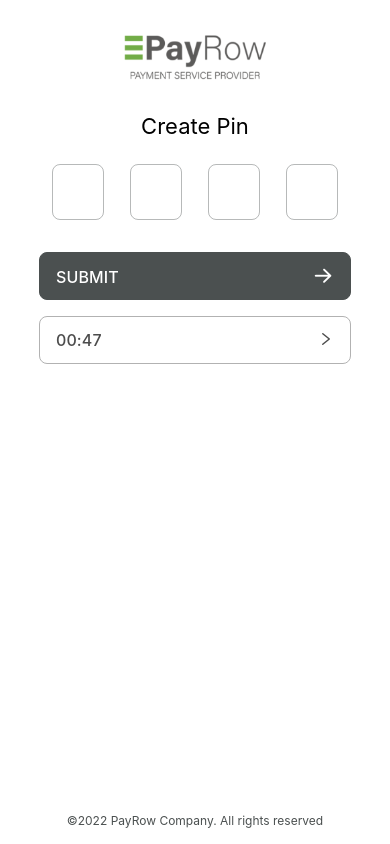
Repository: rishabh-critical-river/payrowios
Screen: /CreatePin
These files come from the project's save history. The screen is drawn as it stood at one moment and after a run of saves; the edit follows.
The app was drawn by React Native's web renderer in a window 390 px wide. The project was rebuilt for these pictures with package versions that can differ from the ones it lists, and the page was loaded fresh each time. Also part of the build but not shown: screens/onboarding/CreateAccount.js, screens/home/HomeScreen.tsx, screens/home/HomeComponents/TapToPay.tsx, screens/home/HomeComponents/PaymentSummary.js, screens/home/HomeComponents/AddItem.js, screens/home/HomeComponents/TapCard.tsx, screens/home/HomeComponents/EnterPin.tsx, screens/home/HomeComponents/Confirmation.tsx and 37 more.

Above is the screen before, as saved 2023-07-28 22:34:46.

### App.tsx
import { NavigationContainer } from "@react-navigation/native";
import { createNativeStackNavigator } from "@react-navigation/native-stack";
import {
  StyleSheet,
  Text,
  View,
  SafeAreaView,
  Image,
  StatusBar,
} from "react-native";
import LanguageSelection from "./screens/onboarding/LanguageSelection";
import CreateAccount from "./screens/onboarding/CreateAccount";
import HomeScreen from "./screens/home/HomeScreen";
import TapToPay from "./screens/home/HomeComponents/TapToPay";
import AddItem from "./screens/home/HomeComponents/AddItem";
import TapCard from "./screens/home/HomeComponents/TapCard";
import EnterPin from "./screens/home/HomeComponents/EnterPin";
import Confirmation from "./screens/home/HomeComponents/Confirmation";
import NewPayment from "./screens/home/HomeComponents/NewPayment";
import Contact from "./screens/home/HomeComponents/contact";
import Refund from "./screens/home/HomeComponents/refund";
import OtpRefund from "./screens/home/HomeComponents/otpRefund";
import ProductSelection from "./screens/home/HomeComponents/productSelection";
import PaymentSummary from "./screens/home/HomeComponents/PaymentSummary";
import PaymentMode from "./screens/home/HomeComponents/paymentMode";
import PaymentHistory from "./screens/home/HomeComponents/PaymentHistory";
import HistoryMethods from "./screens/home/HomeComponents/historyMethods";
import DailyReport from "./screens/home/HomeComponents/DailyReport";
import MonthlyReport from "./screens/home/HomeComponents/MonthlyReport";
import AboutPayrow from "./screens/home/HomeComponents/AboutPayrow";
import CashReceivedMachine from "./screens/home/HomeComponents/CashReceivedMachine";
import InvoiceRecall from "./screens/home/HomeComponents/InvoiceRecall";
import PosAndRetail from "./screens/home/HomeComponents/PosAndRetail";
import SoftPos from "./screens/home/HomeComponents/SoftPos";
import PayByLink from "./screens/home/HomeComponents/PayByLink";
import PayByQrCode from "./screens/home/HomeComponents/PayByQrCode";

import PaymentGateWay from "./screens/home/HomeComponents/PaymentGateWay";
import Wps from "./screens/home/HomeComponents/Wps";
import Vat from "./screens/home/HomeComponents/Vat";
import Kvyc from "./screens/home/HomeComponents/Kvyc";
import BuyNowPayLater from "./screens/home/HomeComponents/BuyNowPayLater";
import Wallet from "./screens/home/HomeComponents/Wallet";
import PayRowPrepaids from "./screens/home/HomeComponents/PayRowPrepaid";
import Support from "./screens/home/HomeComponents/Support";
import NewComplain from "./screens/home/HomeComponents/NewComplain";
import RegisterComplain from "./screens/home/HomeComponents/RegisteredComplain";
import ContactUs from "./screens/home/HomeComponents/ContactUse";
import InvoiceRecalltwo from "./screens/home/HomeComponents/InvoiceRecalltwo";
import InvoiceRecallthree from "./screens/home/HomeComponents/InvoiceRecallthree";
import PaymentDetails from "./screens/home/HomeComponents/PaymentDetails";
import ConfirmationInvoice from "./screens/home/HomeComponents/ConfirmationInvoice";
import CashPay from "./screens/home/HomeComponents/CashPay";
import QRCode from "./screens/home/HomeComponents/QrCode";
import Login from "./screens/onboarding/login";
import CreatePin from "./screens/onboarding/Createpin";
import ReEnterPin from "./screens/onboarding/Reenterpin";
import EnterPins from "./screens/onboarding/Enterpin";
// import SoftPose from "./screens/home/HomeComponents/SoftPose";
const Stack = createNativeStackNavigator();

export default function App() {
  return (
    <SafeAreaView style={{ flex: 1, backgroundColor: "white" }}>
      <StatusBar barStyle="dark-content" />
      <NavigationContainer>
        <Stack.Navigator>
          <Stack.Screen
            name="selectLanaguage"
            component={LanguageSelection}
            options={{ headerShown: false }}
          />
          <Stack.Screen
            name="Login"
            component={Login}
            options={{ headerShown: false }}
          />
          <Stack.Screen
            name="CreatePin"
            component={CreatePin}
            options={{ headerShown: false }}
          />
          <Stack.Screen
            name="ReEnterPin"
            component={ReEnterPin}
            options={{ headerShown: false }}
          />
          <Stack.Screen
            name="EnterPin"
            component={EnterPin}
            options={{ headerShown: false }}
          />
          <Stack.Screen
            name="Create Account"
            component={CreateAccount}
            options={{ headerShown: false }}
          />
          <Stack.Screen
            name="HomeScreen"
            component={HomeScreen}
            options={{ headerShown: false }}
          />
          <Stack.Screen
            name="TapToPay"
            component={TapToPay}
            options={{ headerShown: false }}
          />
          <Stack.Screen
            name="AddItem"
            component={AddItem}
            options={{ headerShown: false }}
          />
          <Stack.Screen
            name="TapCard"
            component={TapCard}
            options={{ headerShown: false }}
          />
          <Stack.Screen
            name="EnterPins"
            component={EnterPins}
            options={{ headerShown: false }}
          />
          <Stack.Screen
            name="Confirmation"
            component={Confirmation}
            options={{ headerShown: false }}
          />
          <Stack.Screen
            name="NewPayment"
            component={NewPayment}
            options={{ headerShown: false }}
          />
          <Stack.Screen
            name="contact"
            component={Contact}
            options={{ headerShown: false }}
          />
          <Stack.Screen
            name="refund"
            component={Refund}
            options={{ headerShown: false }}
          />
          <Stack.Screen
            name="otpRefund"
            component={OtpRefund}
            options={{ headerShown: false }}
          />
          <Stack.Screen
            name="productSelection"
            component={ProductSelection}
            options={{ headerShown: false }}
          />
          <Stack.Screen
            name="paymentSummary"
            component={PaymentSummary}
            options={{ headerShown: false }}
          />
          <Stack.Screen
            name="paymentMode"
            component={PaymentMode}
            options={{ headerShown: false }}
          />
          <Stack.Screen
            name="paymentHistory"
            component={PaymentHistory}
            options={{ headerShown: false }}
          />
          <Stack.Screen
            name="historyMethods"
            component={HistoryMethods}
            options={{ headerShown: false }}
          />
          <Stack.Screen
            name="dailyReport"
            component={DailyReport}
            options={{ headerShown: false }}
          />
          <Stack.Screen
            name="monthlyReport"
            component={MonthlyReport}
            options={{ headerShown: false }}
          />
          <Stack.Screen
            name="aboutPayrow"
            component={AboutPayrow}
            options={{ headerShown: false }}
          />
          <Stack.Screen
            name="cashReceivedMachine"
            component={CashReceivedMachine}
            options={{ headerShown: false }}
          />
          <Stack.Screen
            name="invoiceRecall"
            component={InvoiceRecall}
            options={{ headerShown: false }}
          />
          <Stack.Screen
            name="posandretail"
            component={PosAndRetail}
            options={{ headerShown: false }}
          />
          <Stack.Screen
            name="softpos"
            component={SoftPos}
            options={{ headerShown: false }}
          />
          <Stack.Screen
            name="paybylink"
            component={PayByLink}
            options={{ headerShown: false }}
          />
          <Stack.Screen
            name="paybyqrcode"
            component={PayByLink}
            options={{ headerShown: false }}
          />
          <Stack.Screen
            name="paymentgateway"
            component={PaymentGateWay}
            options={{ headerShown: false }}
          />
          <Stack.Screen
            name="wps"
            component={Wps}
            options={{ headerShown: false }}
          />
          <Stack.Screen
            name="vat"
            component={Vat}
            options={{ headerShown: false }}
          />

          <Stack.Screen
            name="kvyc"
            component={Kvyc}
            options={{ headerShown: false }}
          />
          <Stack.Screen
            name="buynowpaylater"
            component={BuyNowPayLater}
            options={{ headerShown: false }}
          />
          <Stack.Screen
            name="registercomplain"
            component={RegisterComplain}
            options={{ headerShown: false }}
          />
          <Stack.Screen
            name="wallet"
            component={Wallet}
            options={{ headerShown: false }}
          />
          <Stack.Screen
            name="payrowprepaid"
            component={PayRowPrepaids}
            options={{ headerShown: false }}
          />
          <Stack.Screen
            name="paymentdetails"
            component={PaymentDetails}
            options={{ headerShown: false }}
          />
          <Stack.Screen
            name="support"
            component={Support}
            options={{ headerShown: false }}
          />
          {/* <Stack.Screen
            name="softpose"
            payrowprepaid
            component={SoftPose}
            options={{ headerShown: false }}

          /> */}
          <Stack.Screen
            name="newcomplain"
            component={NewComplain}
            options={{ headerShown: false }}
          />
          <Stack.Screen
            name="contactus"
            component={ContactUs}
            options={{ headerShown: false }}
          />
          <Stack.Screen
            name="Recallss"
            component={InvoiceRecalltwo}
            options={{ headerShown: false }}
          />
          <Stack.Screen
            name="InvoiceRecallthree"
            component={InvoiceRecallthree}
            options={{ headerShown: false }}
          />
          <Stack.Screen
            name="ConfirmationInvoice"
            component={ConfirmationInvoice}
            options={{ headerShown: false }}
          />
          <Stack.Screen
            name="cashPay"
            component={CashPay}
            options={{ headerShown: false }}
          />

          <Stack.Screen
            name="QrCode"
            component={PayByQrCode}
            options={{ headerShown: false }}
          />
          <Stack.Screen
            name="QrCodePay"
            component={QRCode}
            options={{ headerShown: false }}
          />
        </Stack.Navigator>
      </NavigationContainer>
    </SafeAreaView>
  );
}

### screens/onboarding/LanguageSelection.tsx
import React from "react";
import { StatusBar } from "expo-status-bar";
import { NavigationContainer } from "@react-navigation/native";
import { createNativeStackNavigator } from "@react-navigation/native-stack";
import {
  StyleSheet,
  Text,
  View,
  SafeAreaView,
  Image,
  Button,
  TouchableOpacity,
} from "react-native";
import { AntDesign } from "@expo/vector-icons";
function LanguageSelection({ navigation }: any) {
  return (
    <>
      <View style={styles.container}>
        <Image
          source={require("../../src/Images/payrowLogo.png")}
          style={styles.logo}
        />
        <View
          style={{
            position: "absolute",
            right: 0,
            top: 76,
          }}
        >
          <View
            style={{
              marginLeft: "auto",
              borderWidth: 1,
              borderColor: "#F1F7ED",
              marginBottom: 7.5,

              backgroundColor: "#F1F7ED",
              borderRadius: 1,
              width: 40,
              height: 11.67,
            }}
          />
          <View
            style={{
              marginLeft: "auto",
              borderWidth: 1,
              borderColor: "#F1F7ED",
              marginBottom: 7.5,
              backgroundColor: "#F1F7ED",
              borderRadius: 1,

              width: 40,
              height: 11.67,
            }}
          />
          <View
            style={{
              marginLeft: "auto",
              borderWidth: 1,
              borderColor: "#F1F7ED",

              backgroundColor: "#F1F7ED",
              borderRadius: 1,

              width: 40,
              height: 11.67,
            }}
          />
        </View>
        <Image
          source={require("../../src/Images/getStarted.png")}
          style={{
            width: 312,
            height: 230,
            alignSelf: "center",
            marginTop: 40,
          }}
        />
        <Text
          style={{
            fontSize: 22,
            fontWeight: "700",
            color: "#4C4C4C",
            lineHeight: 28,
            textAlign: "center",
            marginTop: 38,
          }}
        >
          Ultimate Fintech Partner
        </Text>
        <Text
          style={{
            fontSize: 14,
            fontWeight: "400",
            lineHeight: 20,
            marginLeft: 54,
            marginRight: 54,
            textAlign: "center",
            marginTop: 16,
            color: "#666666",
            letterSpacing: 0.25,
          }}
        >
          Together we support Go-Green & Cashless Strategy
        </Text>
      </View>
      <View style={{ backgroundColor: "white" }}>
        <TouchableOpacity
          style={styles.button}
          onPress={() => {
            navigation.navigate("Login");
          }}
        >
          <View
            style={{
              borderWidth: 1,

              borderColor: "#4B5050",
              backgroundColor: "#4B5050",
              borderRadius: 8,
              marginBottom: 16,
              width: 328,
              height: 48,
              justifyContent: "center",
            }}
          >
            <View style={{ flexDirection: "row" }}>
              <Text
                style={{
                  fontSize: 16,
                  paddingLeft: 16,
                  fontWeight: "500",
                  lineHeight: 24,
                  justifyContent: "center",
                  color: "white",
                  letterSpacing: 0.1,
                  flex: 1,
                }}
              >
                Get Started
              </Text>
              <View
                style={{
                  justifyContent: "center",
                  alignItems: "center",
                  marginRight: 16,
                }}
              >
                <AntDesign name="arrowright" size={24} color="white" />
              </View>
            </View>
          </View>
        </TouchableOpacity>
        <Text
          style={{
            fontSize: 12,
            backgroundColor: "white",
            color: "#7f7f7f",
            textAlign: "center",
            paddingBottom: 15,
          }}
        >
          ©2022 PayRow Company. All rights reserved
        </Text>
      </View>
    </>
  );
}

export default LanguageSelection;
const styles = StyleSheet.create({
  container: {
    display: "flex",
    flex: 1,
    backgroundColor: "white",
  },
  logo: {
    width: 150,
    height: 48.3,
    alignSelf: "center",
    marginTop: 33,
  },
  selectLanguage: {
    width: 163,
    height: 28,
    fontSize: 17,

    color: "#333333",
    fontWeight: "400",
    marginTop: 24.47,
    alignSelf: "center",
  },
  languageText: {
    fontSize: 14,
    paddingLeft: 16,
    fontWeight: "500",
    lineHeight: 20,
    justifyContent: "center",
    color: "#4B5050CC",
  },
  languages: {
    flexDirection: "column",

    justifyContent: "space-between",
    alignItems: "center",
  },
  text: {
    width: 303,
    height: 20,
    fontSize: 14,
    lineHeight: 14,
    fontWeight: "400",
    color: "#4B5050",
    textAlign: "center",
    marginTop: 6,
    alignSelf: "center",
    marginBottom: 15,
  },
  shadowProp: {
    shadowColor: "#171717",
    shadowOffset: { width: -2, height: 4 },
    shadowOpacity: 0.2,
    shadowRadius: 3,
  },
  box: {
    display: "flex",
    borderWidth: 1,
    borderColor: "#4B505033",
    backgroundColor: "#ffffff",
    borderRadius: 8,
    marginBottom: 15,
    width: 328,
    height: 48,
    justifyContent: "center",
  },
  button: {
    alignSelf: "center",
    color: "#4B5050",

    padding: 10,
    fontSize: 20,
    height: 48,
    width: 328,
    cursor: "pointer",
    borderRadius: 70,
    justifyContent: "center",
    alignItems: "center",
    marginBottom: 15,
  },
  arrow: {
    display: "flex",
    position: "relative",
    borderWidth: 1,
    borderColor: "white",
    width: 40,
    height: 5,
    backgroundColor: "white",
  },
  arrowTriangle: {
    display: "flex",
    borderWidth: 1,
    position: "absolute",
    width: 20,
    height: 5,
    borderColor: "white",
    backgroundColor: "white",
    borderTopWidth: 1,
    borderRightWidth: 1,
    transform: [{ rotate: "45deg" }],
    right: 9,
    top: 19,
  },
  arrowTriangleRight: {
    display: "flex",
    borderWidth: 1,
    position: "absolute",
    width: 20,
    height: 5,
    borderColor: "white",
    backgroundColor: "white",
    borderTopWidth: 1,
    borderLeftWidth: 1,
    transform: [{ rotate: "-45deg" }],
    right: 9,
    top: 36,
  },
});

### screens/onboarding/Createpin.js
import { AntDesign } from "@expo/vector-icons";
import React, { useState, useEffect, useRef } from "react";
import {
  StyleSheet,
  Text,
  View,
  SafeAreaView,
  Image,
  Button,
  TextInput,
  TouchableOpacity,
  Keyboard,
} from "react-native";

function CreatePin({ navigation }) {
  const [timer, setTimer] = useState(52); // Initial value of the timer in seconds
  const et1 = useRef();
  const et2 = useRef();
  const et3 = useRef();
  const et4 = useRef();

  useEffect(() => {
    const interval = setInterval(() => {
      if (timer > 0) {
        setTimer((prevTimer) => prevTimer - 1);
      }
    }, 1000);

    return () => clearInterval(interval);
  }, [timer]);

  const formattedTimer = `${Math.floor(timer / 60)
    .toString()
    .padStart(2, "0")}:${(timer % 60).toString().padStart(2, "0")}`;

  return (
    <>
      <View style={styles.container}>
        <Image
          source={require("../../src/Images/payrowLogo.png")}
          style={styles.logo}
        />
        <Text
          style={{
            marginTop: 30.47,
            fontSize: 22,
            fontWeight: "400",
            lineHeight: 28,
            alignSelf: "center",
          }}
        >
          Create Pin
        </Text>
        <View
          style={{
            flexDirection: "row",
            justifyContent: "space-between",
            marginLeft: 52,
            marginRight: 52,
            marginTop: 24,
          }}
        >
          <TextInput
            secureTextEntry={true}
            ref={et1}
            style={styles.box}
            keyboardType="number-pad"
            maxLength={1}
            onChangeText={(text) => {
              if (text.length >= 1) {
                et2.current.focus();
              }
            }}
          />
          <TextInput
            secureTextEntry={true}
            ref={et2}
            style={styles.box}
            keyboardType="number-pad"
            maxLength={1}
            onChangeText={(text) => {
              if (text.length >= 1) {
                et3.current.focus();
              } else if (text.length < 1) {
                et1.current.focus();
              }
            }}
          />
          <TextInput
            secureTextEntry={true}
            ref={et3}
            style={styles.box}
            keyboardType="number-pad"
            maxLength={1}
            onChangeText={(text) => {
              if (text.length >= 1) {
                et4.current.focus();
              } else if (text.length < 1) {
                et2.current.focus();
              }
            }}
          />
          <TextInput
            secureTextEntry={true}
            ref={et4}
            style={styles.box}
            keyboardType="number-pad"
            maxLength={1}
            onChangeText={(text) => {
              if (text.length < 1) {
                et3.current.focus();
              } else {
                Keyboard.dismiss();
              }
            }}
          />
        </View>
        <TouchableOpacity
          style={styles.goToSummaryButton}
          onPress={() => {
            navigation.navigate("ReEnterPin");
          }}
        >
          <View
            style={styles.buttonContent}
            onPress={() => {
              navigation.navigate("ReEnterPin");
            }}
          >
            <Text style={styles.buttonText}>SUBMIT</Text>
            <View style={styles.arrowIcon}>
              <AntDesign name="arrowright" size={22} color="white" />
            </View>
          </View>
        </TouchableOpacity>

        <TouchableOpacity
          style={styles.resendCode}
          onPress={() => {
            navigation.navigate("HomeScreen");
          }}
        >
          <View
            style={{
              borderWidth: 0.5,
              borderColor: "#B2B2B2",
              borderRadius: 8,
              backgroundColor: "#FFFFFF",
              height: 48,
              justifyContent: "center",
            }}
          >
            <View style={{ flexDirection: "row" }}>
              <Text
                style={{
                  fontSize: 16,
                  paddingLeft: 16,
                  fontWeight: "500",
                  lineHeight: 24,
                  justifyContent: "center",
                  color: "#4C4C4C",
                  letterSpacing: 0.1,
                  flex: 1,
                }}
              >
                {formattedTimer}
              </Text>
              <View
                style={{
                  justifyContent: "center",
                  alignItems: "center",
                  marginRight: 16,
                }}
              >
                <View
                  style={{
                    flexDirection: "row",
                    alignItems: "center",
                  }}
                >
                  <AntDesign name="right" size={16} color="#4C4C4C" />
                </View>
              </View>
            </View>
          </View>
        </TouchableOpacity>


      </View>
      <View style={{ backgroundColor: "white" }}>
        <Text
          style={{
            fontSize: 12,
            backgroundColor: "white",
            color: "#4B5050",
            textAlign: "center",
            paddingBottom: 16,
          }}
        >
          ©2022 PayRow Company. All rights reserved
        </Text>
      </View>
    </>
  );
}

const styles = StyleSheet.create({
  container: {
    flex: 1,
    backgroundColor: "white",
    display: "flex",
    flexDirection: "column",
  },
  logo: {
    width: 150,
    height: 48.53,
    alignSelf: "center",
    marginTop: 33,
  },
  rightPin: {
    flex: 1,
    justifyContent: "center",
    alignItems: "center",
    textAlign: "center",
  },
  leftPin: {
    justifyContent: "center",
    alignItems: "center",
    backgroundColor: "#D3D3D3",
    borderTopEndRadius: 10,
    borderBottomEndRadius: 10,
    paddingLeft: 10,
    paddingRight: 10,
  },
  horizontal: {
    flexDirection: "row",
    alignItems: "center",
    justifyContent: "center",
  },
  horizontalOr: {
    paddingLeft: 5,
    paddingRight: 5,
    marginTop: 18,
    marginBottom: 18,
  },
  horizontalLine: {
    borderBottomColor: "#D3D3D3",
    width: 105,
    borderBottomWidth: 1,
    marginTop: 10,
    marginBottom: 10,
    alignSelf: "center",
  },
  url: {
    alignSelf: "center",
    marginTop: 10,
    marginBottom: 10,
  },
  fingerprint: {
    width: 100,
    height: 100,
    alignSelf: "center",
    marginTop: 70,
    marginBottom: 10,
  },
  verticalLine: {
    borderBottomColor: "#D3D3D3",
    color: "black",
    width: 15,
    transform: [{ rotate: "90deg" }],
    borderBottomWidth: 1,
    marginTop: 10,
    marginBottom: 10,
    alignSelf: "center",
  },

  languageText: {
    fontSize: 16,
    justifyContent: "center",
    color: "##838c95",
    alignItems: "center",
  },
  languages: {
    flexDirection: "column",

    justifyContent: "space-between",
    alignItems: "center",
  },
  text: {
    fontSize: 15,
    textAlign: "center",
    marginTop: 20,
    marginBottom: 15,
  },
  box: {
    display: "flex",
    flexDirection: "row",
    textAlign: "center",
    borderWidth: 1,
    borderColor: "#4B505066",
    borderRadius: 8,

    width: 52,
    height: 56,
  },
  button: {
    marginLeft: 165,
    marginTop: 34,
    color: "black",
    padding: 10,
    fontSize: 20,
    height: 60,
    width: 60,
    cursor: "pointer",
    borderRadius: 70,
    justifyContent: "center",
    alignItems: "center",
  },
  button2: {
    marginLeft: 165,
    marginTop: 5,

    padding: 10,
    fontSize: 20,
    height: 60,
    width: 60,
    cursor: "pointer",
    borderRadius: 70,
    justifyContent: "center",
    alignItems: "center",
  },
  arrow: {
    display: "flex",
    position: "relative",
    borderWidth: 1,
    borderColor: "white",
    width: 40,
    height: 5,
    backgroundColor: "white",
  },
  arrowTriangle: {
    display: "flex",
    borderWidth: 1,
    position: "absolute",
    width: 20,
    height: 5,
    borderColor: "white",
    backgroundColor: "white",
    borderTopWidth: 1,
    borderRightWidth: 1,
    transform: [{ rotate: "45deg" }],
    right: 9,
    top: 19,
  },
  arrowTriangleRight: {
    display: "flex",
    borderWidth: 1,
    position: "absolute",
    width: 20,
    height: 5,
    borderColor: "white",
    backgroundColor: "white",
    borderTopWidth: 1,
    borderLeftWidth: 1,
    transform: [{ rotate: "-45deg" }],
    right: 9,
    top: 36,
  },
  goToSummaryButton: {
    alignSelf: "center",
    marginTop: 32,
    width: "80%",
  },
  resendCode: {
    alignSelf: "center",
    marginTop: 16,
    width: "80%",
  },
  buttonText: {
    fontSize: 16,
    paddingLeft: 16,
    paddingTop: 12,
    fontWeight: "500",
    lineHeight: 24,
    justifyContent: "center",
    color: "white",
    letterSpacing: 0.1,
    flex: 1,
  },
  arrowIcon: {
    justifyContent: "center",
    alignItems: "center",
    marginRight: 16,
  },

  buttonContent: {
    borderWidth: 0.6,
    borderColor: "#4B5050",
    backgroundColor: "#4B5050",
    borderRadius: 8,

    height: 48,
    width: "100%",
    justifyContent: "center",
    flexDirection: "row",
  },
});

export default CreatePin;

After the next 2 saves:
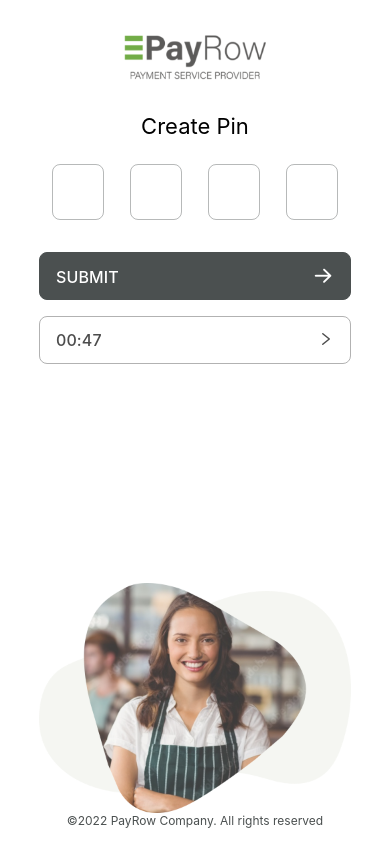
The 2 saves are shown as one change because they came seconds apart.
The last was saved 6 s later.
--- a/screens/onboarding/Createpin.js
+++ b/screens/onboarding/Createpin.js
@@ -188,6 +188,15 @@
 
       </View>
       <View style={{ backgroundColor: "white" }}>
+      <Image
+          source={require("../../src/Images/getStarted.png")}
+          style={{
+            width: 312,
+            height: 230,
+            alignSelf: "center",
+            marginTop: 36,
+          }}
+        />
         <Text
           style={{
             fontSize: 12,
